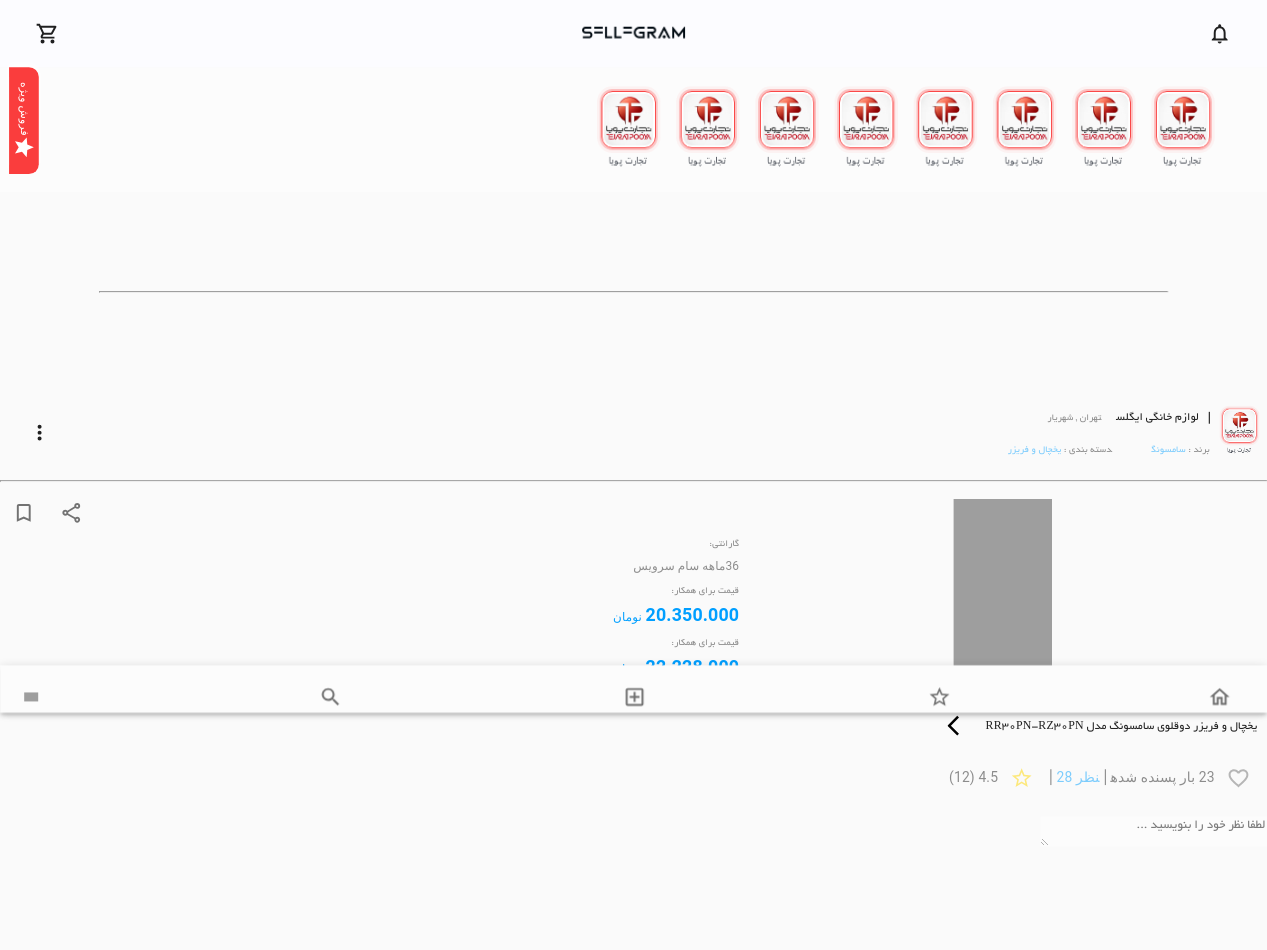
Repository: sadegh1379/selegram
Page: /
An editor plug-in stored every save of this project. The page is shown before and after the next save, followed by the edit.
The browser window is 1280 px wide. The pictures show the whole page, at 99% of full size.
Pictures or frames that could not be fetched are drawn as grey boxes. The project was rebuilt for these pictures with package versions that can differ from the ones it lists, and the page was loaded fresh each time. Also part of the build but not shown: src/components/login/Login.js, src/components/login/LoginOne.js, src/components/login/LoginThree.js.

Above is the page before, as saved 2020-09-09 16:32:35.

### public/index.html
<!DOCTYPE html>
<html lang="en">
  <head>
    <meta charset="utf-8" />
    <link rel="icon" href="%PUBLIC_URL%/favicon.ico" />
    <meta
      name="viewport"
      content="minimum-scale=1, initial-scale=1, width=device-width"
    />
    <meta name="theme-color" content="#000000" />
    <meta
      name="description"
      content="Web site created using create-react-app"
    />
    <link rel="apple-touch-icon" href="%PUBLIC_URL%/logo192.png" />
    <!--
      manifest.json provides metadata used when your web app is installed on a
      user's mobile device or desktop. See https://developers.google.com/web/fundamentals/web-app-manifest/
    -->
    <link rel="manifest" href="%PUBLIC_URL%/manifest.json" />
    <!--
      Notice the use of %PUBLIC_URL% in the tags above.
      It will be replaced with the URL of the `public` folder during the build.
      Only files inside the `public` folder can be referenced from the HTML.

      Unlike "/favicon.ico" or "favicon.ico", "%PUBLIC_URL%/favicon.ico" will
      work correctly both with client-side routing and a non-root public URL.
      Learn how to configure a non-root public URL by running `npm run build`.
    -->
    <title>React App</title>
  </head>
  <body dir="rtl">
    <noscript>You need to enable JavaScript to run this app.</noscript>
    <div id="root"></div>
    <!--
      This HTML file is a template.
      If you open it directly in the browser, you will see an empty page.

      You can add webfonts, meta tags, or analytics to this file.
      The build step will place the bundled scripts into the <body> tag.

      To begin the development, run `npm start` or `yarn start`.
      To create a production bundle, use `npm run build` or `yarn build`.
    -->
  </body>
</html>

### src/index.js
import React from 'react';
import ReactDOM from 'react-dom';
import App from './App';
import { createMuiTheme, ThemeProvider } from '@material-ui/core/styles';
import RTL from './RTL';
import {BrowserRouter as Router} from 'react-router-dom';
// import '../node_modules/bootstrap/dist/css/bootstrap.css';
import {DataProvider} from './context'

const theme = createMuiTheme({
  direction: 'rtl', // Both here and <body dir="rtl">
});

ReactDOM.render(
      <ThemeProvider theme={theme}>
                      <RTL>
                          <Router>
                              <DataProvider>
                                    <App />
                              </DataProvider>
                          </Router>
                      </RTL>
      </ThemeProvider>
  ,
  document.getElementById('root')
);

### src/App.js
import React from 'react';
import './App.css';
import {Switch , Route} from 'react-router-dom';

import Login from './components/login/Login';
import LoginOne from './components/login/LoginOne';
import LoginThree from './components/login/LoginThree';
import LoginFour from './components/body/LoginFour'

function App() {
  return (
    <div className="App">
      <Switch>
        <Route exact path="/login" component={(props)=><Login {...props}/>} />
        <Route exact path="/login-1" component={(props)=><LoginOne {...props}/>} />
        <Route exact path="/login-3" component={(props)=><LoginThree {...props}/>} />
        <Route exact path="/" component={(props)=><LoginFour {...props}/>} />
      </Switch>
    </div>
  );
}

export default App;

### src/RTL.js
import React from 'react'
import { create } from 'jss';
import rtl from 'jss-rtl';
import { StylesProvider, jssPreset } from '@material-ui/core/styles';

// Configure JSS
const jss = create({ plugins: [...jssPreset().plugins, rtl()] });

function RTL(props) {
  return (
    <StylesProvider jss={jss}>
      {props.children}
    </StylesProvider>
  );
}

export default RTL;

### src/context.js
import React , {createContext ,Component}  from 'react';

const context = createContext()

 class DataProvider extends Component {
    constructor(props){
        super(props);

        this.state={
            kala:[{
                name:'sadegh',
                img:'./img/kala.png'
            },
            {
                name:'sadegh',
                img:'./img/kala.png'
            },
            {
                name:'sadegh',
                img:'./img/kala.png'
            },
            {
                name:'sadegh',
                img:'./img/kala.png'
            },
            {
                name:'sadegh',
                img:'./img/kala.png'
            },
            {
                name:'sadegh',
                img:'./img/kala.png'
            },
            {
                name:'sadegh',
                img:'./img/kala.png'
            },
            {
                name:'sadegh',
                img:'./img/kala.png'
            }
        ],
        select:'./img/ice.png'
        }
    }
    render() {
        return (
            <context.Provider value={{
                    ...this.state
            }}>
                {this.props.children}
            </context.Provider>
        )
    }
}

const DataConsumer = context.Consumer;

export { DataProvider , DataConsumer , context};

### src/App.css
@font-face {
    font-family: BYekan;
    src: url('./font/BYekan.ttf') , url('./font/BYekan.eot') , url('./font/BYekan.woff');
  }

html , body , #root{
    margin: 0px ;
    padding:0px;

}
.font-yekan{
    font-family: BYekan !important;
  }
label{
    color:#034DA2 !important;
    font-size: 14px;

    font-weight: small !important;

    margin-right: 10px;
    font-family: BYekan !important;
}

.color-text{
  color:#404D66
}

.no-scroll::-webkit-scrollbar{
  display: none;

}
.no-scroll{
  -ms-overflow-style: none ;
  scrollbar-width: none;
}

.lighblue{
  color:#009FFF;
}
.font-10-px{
  font-size: 10px;
}
.font-12-px{
  font-size: 12px;
}
.text-right{
  text-align: right;
}
.text-left{
  text-align: left;
}

.opacity{
  opacity: 0.5;

}

.money-color{
  color:#009FFF;
  font-size:18px;
  font-weight: bolder  ;
}

.toman-blue{
  font-size: 12px;
  color:#009FFF ;

}

### src/components/body/LoginFour.js
import React , {useContext} from 'react';
import Navbar from '../static/Navbar';
import Button from '@material-ui/core/Button';
import Grid from '@material-ui/core/Grid'
import {context} from '../../context';
import useStyles from './styles';
import StarIcon from '@material-ui/icons/Star';
import Menu from '@material-ui/core/Menu';
import MenuItem from '@material-ui/core/MenuItem';
import MoreVertIcon from '@material-ui/icons/MoreVert';
import BookmarkBorderIcon from '@material-ui/icons/BookmarkBorder';
import ShareOutlinedIcon from '@material-ui/icons/ShareOutlined';
import { IconButton } from '@material-ui/core';
import ArrowBackIosIcon from '@material-ui/icons/ArrowBackIos';
import FavoriteBorderOutlinedIcon from '@material-ui/icons/FavoriteBorderOutlined';
import BottomAppBar from '../static/BottomAppBar';
import StarBorderIcon from '@material-ui/icons/StarBorder';



function LoginFour() {
    const classes = useStyles();
    const [anchorEl, setAnchorEl] = React.useState(null);
    const [opinion , setOpinion] = React.useState('لطفا نظر خود را بنویسید ...');

    const data = useContext(context);
    console.log(data);

    // fordropdown---------

    const handleClick = (event) => {
        setAnchorEl(event.currentTarget);
      };

      const handleClose = () => {
        setAnchorEl(null);
      };

      //-------------------

    return (
        <React.Fragment>
            <Navbar/>
             <Grid className={classes.loginFour}>

                    <Grid className={classes.carouselContainer}>
                        <ul className="no-scroll" style={{display:'flex' , overflow:'scroll' , listStyle:'none' }}>
                            <span className={classes.ulf}>
                                <StarIcon/>
                                    فروش ویژه
                            </span>
                            {data.kala.map((item , i)=>{
                                return(
                                    <li style={{margin:'0px 8px' }} key={i}>
                                        <img style={{width:'64px' , height:'83px'}}  src={item.img} alt=""/>


                                    </li>
                                )
                            })
                            }
                        </ul>
                    </Grid><hr style={{margin:'100px'}}/>

                    {/* information component */}

                    <Grid className={classes.informationGrid}>
                        <Grid item ><img alt="img" style={{width:'40px'}} src={data.kala[2].img}/></Grid>
                        <Grid item  className={classes.informationText}>
                            <span className="font-yekan font-12-px" style={{borderRight:'1px solid black' , paddingRight:'10px' }}>لوازم خانگی  ایگلس</span>
                            <span className="font-yekan  font-10-px" style={{marginRight:'15px' , opacity:'0.5'}}>تهران , شهریار</span><br/>
                            <span className="font-yekan font-10-px" style={{opacity:'0.5'}}>برند  :  <span className="lighblue">سامسونگ</span></span>
                            <span className="font-yekan font-10-px" style={{opacity:'0.5', marginRight:'40px'}}>دسته بندی  : <span className="lighblue">یخچال و فریزر</span></span>
                        </Grid>
                        <Grid item>
                            <div>
                                <Button aria-controls="simple-menu" aria-haspopup="true" onClick={handleClick}>
                                    <MoreVertIcon/>
                                </Button>
                                <Menu
                                    id="simple-menu"
                                    anchorEl={anchorEl}
                                    keepMounted
                                    open={Boolean(anchorEl)}
                                    onClose={handleClose}
                                >
                                    <MenuItem onClick={handleClose}>Profile</MenuItem>
                                    <MenuItem onClick={handleClose}>My account</MenuItem>
                                    <MenuItem onClick={handleClose}>Logout</MenuItem>
                                </Menu>
                            </div>
                        </Grid>
                    </Grid><hr/>
                    {/* body */}
                    <Grid className={classes.body}>
                        <Grid className={classes.bodyImg} item md={5} sm={5} xs={5}>
                            <img style={{width:'100px' , height:'180px' ,imageResolution:'from-image'}} src={data.select} alt=""/>
                        </Grid>
                        <Grid item md={7} sm={7} xs={7}>
                            <div  className="text-left">
                                <IconButton>
                                    <ShareOutlinedIcon/>
                                </IconButton>
                                <IconButton>
                                    <BookmarkBorderIcon/>
                                </IconButton>

                            </div>
                            <div  style={{lineHeight:'10px'}}>
                                    <span className="font-10-px opacity font-yekan">گارانتی:</span><p className="font-12-px opacity">36ماهه سام سرویس</p>
                                    <span className="font-10-px opacity font-yekan">قیمت برای همکار:</span><p ><span className="money-color">20.350.000</span> <span className="toman-blue">نومان</span> </p>
                                    <span className="font-10-px opacity font-yekan">قیمت برای همکار:</span><p ><span className="money-color">22.228.000</span> <span className="toman-blue">نومان</span> </p>

                            </div>

                        </Grid>
                    </Grid>

                    <Grid className={classes.getArrow}>
                        <span className="font-12-px font-yekan"> یخچال و فریزر دوقلوی سامسونگ مدل RR30PN-RZ30PN </span>
                        <IconButton >
                                <ArrowBackIosIcon className={classes.color_black}/>
                        </IconButton>
                    </Grid>
                    {/* liked */}
                    <Grid className={classes.liked}>
                                <IconButton> <FavoriteBorderOutlinedIcon/></IconButton>
                                <span>23 بار پسنده شده</span>
                                <span style={{borderLeft:'1px solid black' , margin:'0 5px'}}></span>
                                <span className="lighblue lightblue">نظر 28</span>
                                <span style={{borderLeft:'1px solid black' , margin:'0 5px'}}></span>
                                <IconButton><StarBorderIcon className={classes.goldstar}/></IconButton>
                                <span>4.5 (12)</span>

                    </Grid>
                    {/* Opinion */}
                    <Grid>
                    <form style={{width:'100%' , marginTop:'10px'}}  autoComplete="off">
                        <textarea style={{border:'0px'}} onChange={(e)=>setOpinion(e.target.value)} value={opinion} className="font-yekan opacity"  id="" cols="30" rows="2"></textarea>

                    </form>
                    </Grid>



            {/* bottom app bar */}
            <BottomAppBar img={data.select}/>
        </Grid>
    </React.Fragment>
    )
}

export default LoginFour

### src/components/static/Navbar.js
import React from 'react';
import Grid from '@material-ui/core/Grid';
import useStyles from './styles';
import ShoppingCartOutlinedIcon from '@material-ui/icons/ShoppingCartOutlined';
import NotificationsOutlinedIcon from '@material-ui/icons/NotificationsOutlined';
import Button from '@material-ui/core/Button';
import logo from './img/navlogo.png'

function Navbar() {
    const classes = useStyles();
    return (
      <Grid  className={classes.navContainer}>
          <Grid>
              <Button>
                <NotificationsOutlinedIcon/>
              </Button>
          </Grid>
          <Grid className={classes.navlogo}>
              <img style={{width:'50%'}} src={logo} alt="selegram"/>
          </Grid>
          <Grid>
                <Button>
                <ShoppingCartOutlinedIcon/>
                </Button>
          </Grid>
      </Grid>
    )
}

export default Navbar

### src/components/body/styles.js
import { makeStyles } from '@material-ui/core/styles';

const useStyles = makeStyles((theme) => ({
    loginFour:{
        marginBottom:'100px',
    }
    ,
    carouselContainer:{
        backgroundColor:'#FCFCFC',
        padding:'5px'
    },
    ulf:{
        backgroundColor:'#FA3D3D',
        position:'absolute',
        left:'-30px',
        marginTop:'20px',
        padding:'15px',
        // marginLeft:'0px',
        width:'100  px',
        height:'10px',
        transform:'rotateZ(-270deg)',
        display:'flex',
        alignItems:'center',
        justifyContent:'space-between',
        fontSize:'11px',
        color:'#FFFFFF',
        borderRadius:'10px 10px 0 0',
        boxShadow:'-3px 0px 6px'
    },
    informationGrid:{
            display:'flex',
            justifyContent:'space-between',
            padding:'8px',
            alignItems:'center'
    },
    informationText :{
        lineHeight:'30px',
        width:'100%',
        margin:'0 10px',
        padding:'0px'
    },
    body:{
        // backgroundColor:'gold',
        display:'flex'
    },
    bodyImg:{
        width:'100%',
        overflow:'hidden',
        padding:'10px',
        textAlign:'center'
    },
    getArrow:{
        padding:'10px'
    },
    color_black : {
        color:'black'
      },
    liked:{

        display:'felx'
        ,alignItems:'center',
        padding:'5px',
        marginTop:'-10px',
        opacity:'0.5'
    },
    goldstar:{
        color:'gold',

    },

}))


export default useStyles;

### src/components/static/BottomAppBar.js
import React from 'react';
import { makeStyles } from '@material-ui/core/styles';
import AppBar from '@material-ui/core/AppBar';
import CssBaseline from '@material-ui/core/CssBaseline';
import Toolbar from '@material-ui/core/Toolbar';
import IconButton from '@material-ui/core/IconButton';
import AddBoxOutlinedIcon from '@material-ui/icons/AddBoxOutlined';
import SearchIcon from '@material-ui/icons/Search';
import StarBorderOutlinedIcon from '@material-ui/icons/StarBorderOutlined';
import HomeOutlinedIcon from '@material-ui/icons/HomeOutlined';

const useStyles = makeStyles((theme) => ({




  appBar: {
    top: 'auto',
    bottom: 0,
    height:'48px',
    backgroundColor:'#FCFCFC'
  },
  grow: {
    flexGrow: 1,
  },

  toolBar:{
    display:'flex',
    justifyContent:'space-between',
    alignItems:'center'
  },
  icons:{

    color:'#707070'
  }
}));

export default function BottomAppBar(props) {
  const classes = useStyles();

  return (
    <React.Fragment>
      <CssBaseline />

      <AppBar position="fixed" color="default" className={classes.appBar}>
        <Toolbar className={classes.toolBar}>
          <IconButton edge="start" color="inherit" aria-label="open drawer">
            <HomeOutlinedIcon className={classes.icons} />
          </IconButton>
          <IconButton edge="end" color="inherit">
            <StarBorderOutlinedIcon className={classes.icons}/>
          </IconButton>
          <IconButton color="inherit">
            <AddBoxOutlinedIcon className={classes.icons}/>
          </IconButton>
          <IconButton color="inherit">
            <SearchIcon className={classes.icons}/>
          </IconButton>
          <IconButton edge="start" color="inherit" aria-label="open drawer">
            <img style={{width:'14.6px'}} src={props.img} alt=""/>
          </IconButton>
        </Toolbar>
      </AppBar>
    </React.Fragment>
  );
}

### src/components/static/styles.js
import { makeStyles } from '@material-ui/core/styles';

const useStyles = makeStyles((theme) => ({
    navContainer:{
        display:'flex',
        justifyContent:'space-between',
        backgroundColor:'#FCFCFF',
        padding:'16px',
        opacity:'100%',
        alignItems:'center'
    },
    navlogo:{
        textAlign:'center'
    }
}))


export default useStyles;

After the next save:
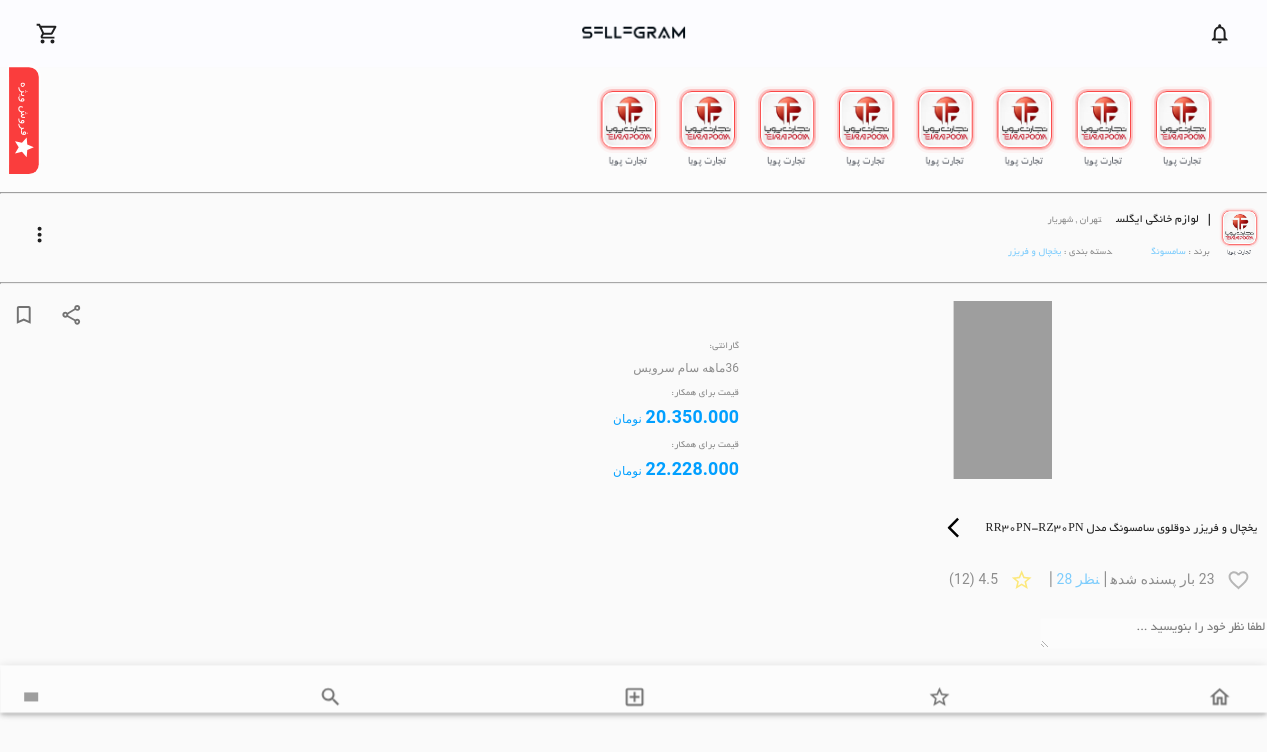
Saved 7 s later.
--- a/src/components/body/LoginFour.js
+++ b/src/components/body/LoginFour.js
@@ -60,7 +60,7 @@
                             })
                             }
                         </ul>
-                    </Grid><hr style={{margin:'100px'}}/>
+                    </Grid><hr style={{margin:'0px'}}/>
 
                     {/* information component */}
 
